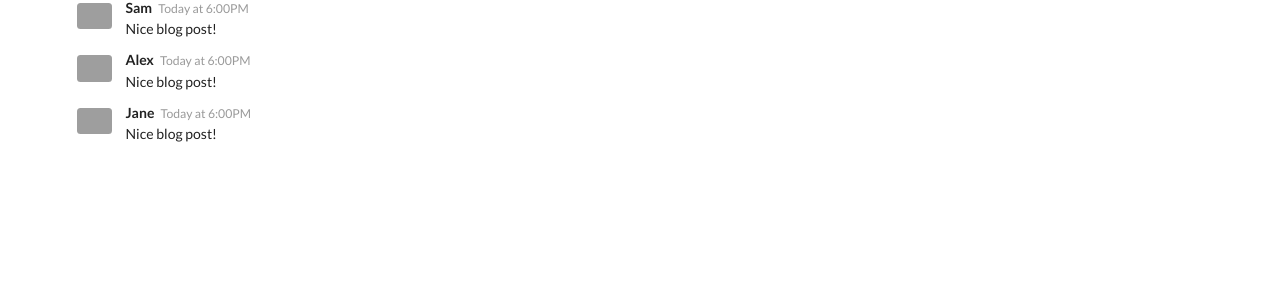
Repository: EgorSherstnev/Components
Page: /
These files come from the project's save history. The page is drawn as it stood at one moment and after the next save; the edit follows.
The browser window is 1280 px wide. The pictures show the whole page.
Pictures or frames that could not be fetched are drawn as grey boxes. The project was rebuilt for these pictures with package versions that can differ from the ones it lists, and the page was loaded fresh each time.

Above is the page before, as saved 2022-09-15 23:13:13.

### src/index.js
import React from "react";
import  ReactDOM  from "react-dom";
import { faker } from "@faker-js/faker";
import CommentDetail from "./CommentDetail";

const App = () => {
    return (
        <div className="ui container comments">
           <CommentDetail author="Sam" />
           <CommentDetail author="Alex" />
           <CommentDetail author="Jane" />
        </div>
    );
};

ReactDOM.render(<App />, document.querySelector('#root'))

### src/CommentDetail.js
import React from "react";
import { faker } from "@faker-js/faker";

const CommentDetail = props => {
    return (
        <div className="comment">
                <a href="/" className="avatar">
                    <img alt="avatar" src={faker.image.avatar()}/>
                </a>
                <div className="content">
                    <a href="/" className="author">
                        {props.author}
                    </a>
                    <div className="metadata">
                        <span className="date">Today at 6:00PM</span>
                    </div>
                    <div className="text">Nice blog post!</div>
                </div>
            </div>
    );
};

export default CommentDetail;

Loaded but not shown: public/index.html (common file)

After the next save:
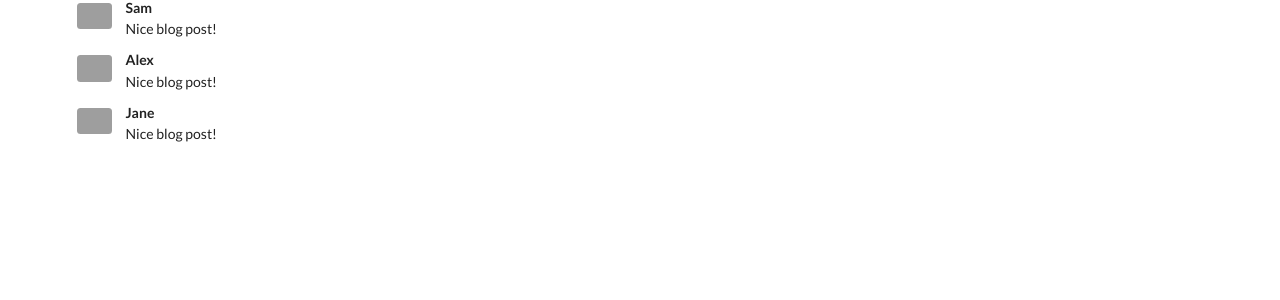
Saved 51 min 41 s later.
--- a/src/CommentDetail.js
+++ b/src/CommentDetail.js
@@ -12,7 +12,7 @@ const CommentDetail = props => {
                         {props.author}
                     </a>
                     <div className="metadata">
-                        <span className="date">Today at 6:00PM</span>
+                        <span className="date">{props.timeAgo}</span>
                     </div>
                     <div className="text">Nice blog post!</div>
                 </div>
